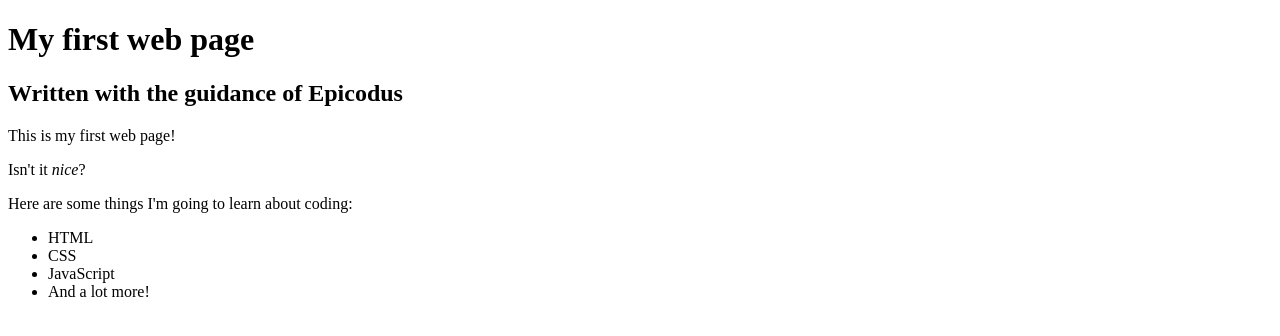
Repository: fieldceleste/my-first-webpage
Page: my-first-webpage.html
These files come from the project's save history. The page is drawn as it stood at one moment and after the next save; the edit follows.
The browser window is 1280 px wide. The pictures show the whole page.

Above is the page before, as saved 2019-10-23 18:59:03.

After the next save:
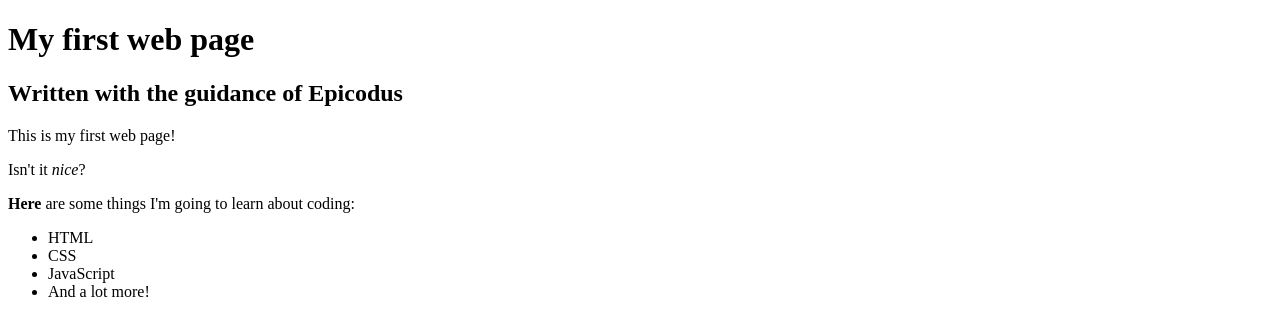
Saved 2 min 4 s later.
--- a/my-first-webpage.html
+++ b/my-first-webpage.html
@@ -4,13 +4,13 @@
        <title>Web page #</title>
     </head>
     <body>
-      <h1><strong>My first web page</strong></h1>
+      <h1>My first web page</h1>
       <h2>Written with the guidance of Epicodus</h2>
 
       <p>This is my first web page!</p>
       <p> Isn't it <em>nice</em>?</p>
 
-      <p>Here are some things I'm going to learn about coding:</p>
+      <p><strong>Here</strong> are some things I'm going to learn about coding:</p>
       <ul>
         <li>HTML</li>
         <li>CSS</li>
